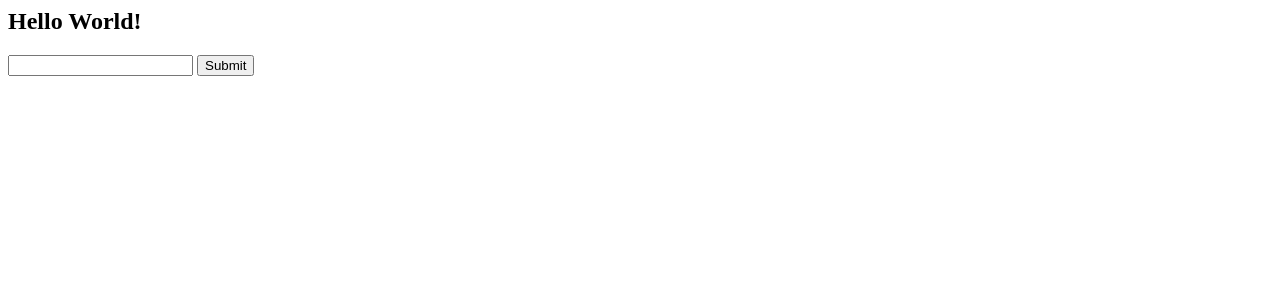
Repository: pprimozz/Java-EE
Page: http://localhost/ServletJSPDemo/
The author's editor kept a copy of each file at every save. The page is drawn from the files as they stood at one save, then again after the next save.
The browser window is 1280 px wide. The pictures show the whole page.
The page is served by Tomcat 9.

Above is the page before, as saved 2018-11-25 20:30:31.

After the next save:
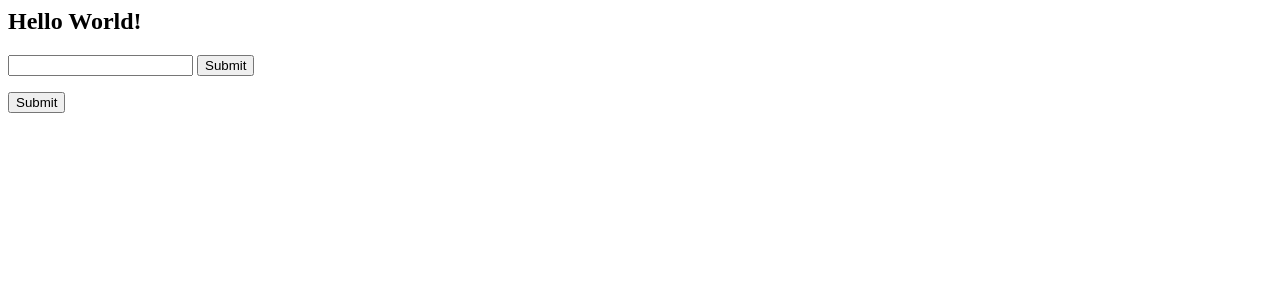
Saved 57 s later.
--- a/ServletJSPDemo/src/main/webapp/index.jsp
+++ b/ServletJSPDemo/src/main/webapp/index.jsp
@@ -6,5 +6,10 @@
 		<input type="text" name="aid">
 		<input type="submit">
 	</form>
+
+	<form action="getAlien">
+		<input type="submit">
+	</form>
+
 </body>
 </html>

After the save that followed:
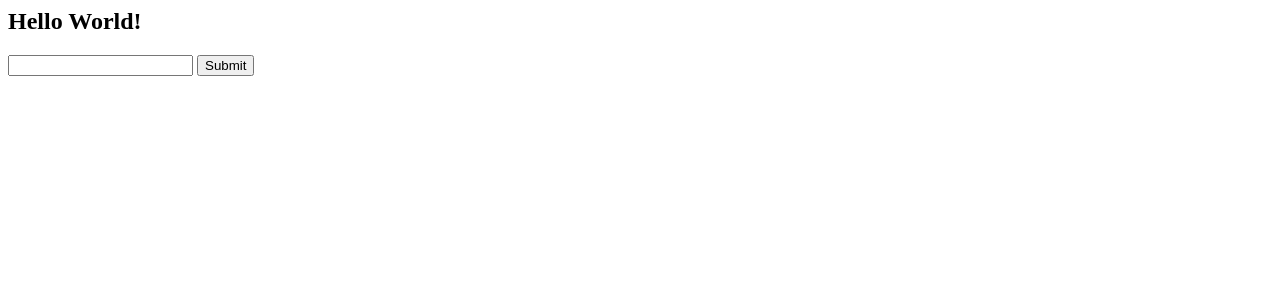
Saved 73 s later.
--- a/ServletJSPDemo/src/main/webapp/index.jsp
+++ b/ServletJSPDemo/src/main/webapp/index.jsp
@@ -7,9 +7,6 @@
 		<input type="submit">
 	</form>
 
-	<form action="getAlien">
-		<input type="submit">
-	</form>
 
 </body>
 </html>
